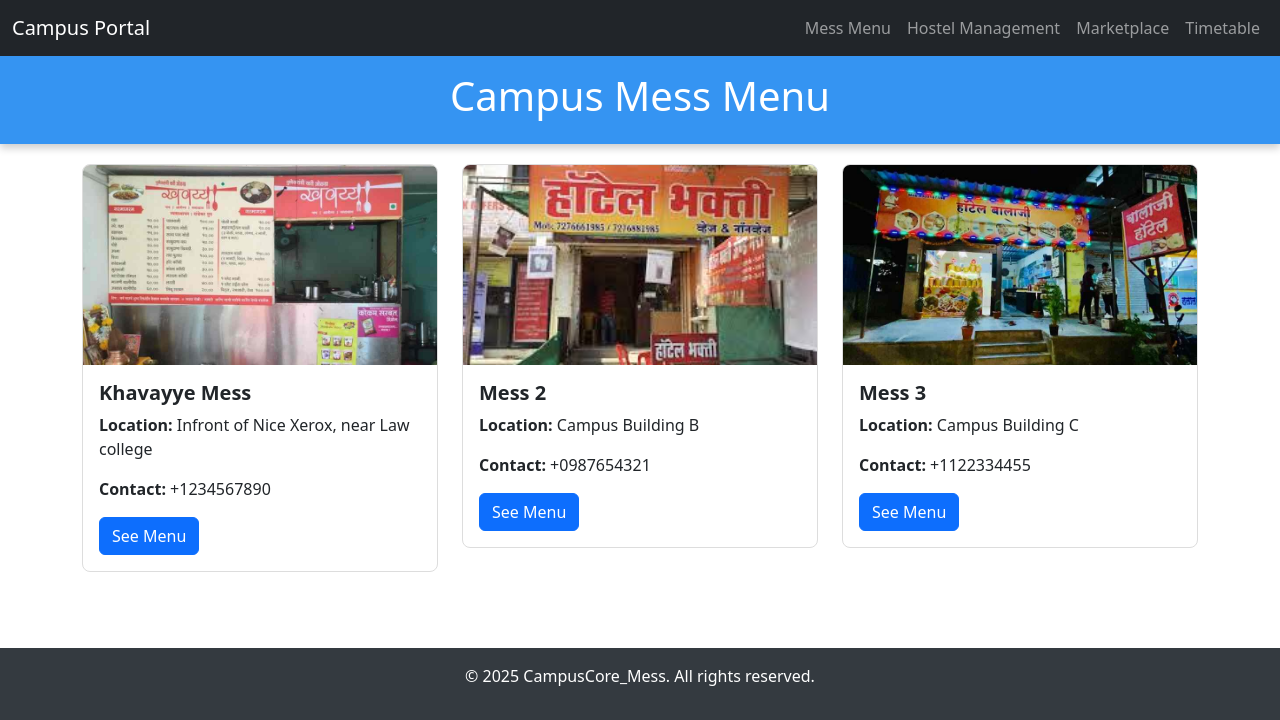
Repository: Pavanrajput123/Campus-Core
Page: http://localhost/Mess_menu
The author's editor kept a copy of each file at every save. The page is drawn from the files as they stood at one save, then again after the next save.
The browser window is 1280 px wide. The pictures show the whole page.
The page is this project's Thymeleaf template; nobody is signed in. The template is opened directly, without the code that normally fills it, so the values that code supplies are empty.

Above is the page before, as saved 2025-04-12 07:15:28.

### student-management/src/main/resources/templates/Mess_menu.html
<!DOCTYPE html>
<html xmlns:th="http://www.thymeleaf.org" lang="en">
<head>
  <meta charset="UTF-8">
  <meta name="viewport" content="width=device-width, initial-scale=1.0">
  <title>Campus Mess Menu</title>
  <link href="https://cdn.jsdelivr.net/npm/bootstrap@5.3.0-alpha1/dist/css/bootstrap.min.css" rel="stylesheet">
  <style>
    html, body {
      height: 100%;
      margin: 0;
      display: flex;
      flex-direction: column;
    }

    main {
      flex: 1;
    }

    .mess-card {
      margin: 20px 0;
      border: 1px solid #ddd;
      border-radius: 8px;
      overflow: hidden;
    }

    .mess-card img {
      width: 100%;
      height: 200px;
      object-fit: cover;
    }

    .card-body h5 {
      font-weight: bold;
    }

    header {
      background-color: #3594f2;
      color: white;
      box-shadow: 0 4px 8px rgba(0, 0, 0, 0.2);
    }

    footer {
      background-color: #343a40;
      color: white;
      text-align: center;
      padding: 1rem;
    }
  </style>
</head>
<body>

  <!-- Navbar -->
  <nav class="navbar navbar-expand-lg navbar-dark bg-dark">
    <div class="container-fluid">
      <a class="navbar-brand" th:href="@{/dashboard}">Campus Portal</a>
      <button class="navbar-toggler" type="button" data-bs-toggle="collapse" data-bs-target="#navbarNav">
        <span class="navbar-toggler-icon"></span>
      </button>
      <div class="collapse navbar-collapse" id="navbarNav">
        <ul class="navbar-nav ms-auto">
          <li class="nav-item"><a class="nav-link" th:href="@{/mess-menu}">Mess Menu</a></li>
          <li class="nav-item"><a class="nav-link" th:href="@{/hostel}">Hostel Management</a></li>
          <li class="nav-item"><a class="nav-link" th:href="@{/marketplace}">Marketplace</a></li>
          <li class="nav-item"><a class="nav-link" th:href="@{/timetable}">Timetable</a></li>
        </ul>
      </div>
    </div>
  </nav>

  <!-- Header -->
  <header class="py-3 text-center">
    <h1>Campus Mess Menu</h1>
  </header>

  <!-- Main Content -->
  <main>
    <div class="container">
      <div class="row">

        <!-- Mess Card 1 -->
        <div class="col-md-4">
          <div class="card mess-card">
            <img th:src="@{/assets/khavayye2.jpg}" alt="Mess 1 Image">
            <div class="card-body">
              <h5 class="card-title">Khavayye Mess</h5>
              <p class="card-text"><strong>Location:</strong> Infront of Nice Xerox, near Law college</p>
              <p class="card-text"><strong>Contact:</strong> +1234567890</p>
              <a th:href="@{/menu1}" class="btn btn-primary">See Menu</a>
            </div>
          </div>
        </div>

        <!-- Mess Card 2 -->
        <div class="col-md-4">
          <div class="card mess-card">
            <img th:src="@{/assets/bhakti.jpeg}" alt="Mess 2 Image">
            <div class="card-body">
              <h5 class="card-title">Mess 2</h5>
              <p class="card-text"><strong>Location:</strong> Campus Building B</p>
              <p class="card-text"><strong>Contact:</strong> +0987654321</p>
              <a th:href="@{/menu2}" class="btn btn-primary">See Menu</a>
            </div>
          </div>
        </div>

        <!-- Mess Card 3 -->
        <div class="col-md-4">
          <div class="card mess-card">
            <img th:src="@{/assets/balajimess.jpg}" alt="Mess 3 Image">
            <div class="card-body">
              <h5 class="card-title">Mess 3</h5>
              <p class="card-text"><strong>Location:</strong> Campus Building C</p>
              <p class="card-text"><strong>Contact:</strong> +1122334455</p>
              <a th:href="@{/menu3}" class="btn btn-primary">See Menu</a>
            </div>
          </div>
        </div>

      </div>
    </div>
  </main>

  <!-- Footer -->
  <footer>
    <p>&copy; 2025 CampusCore_Mess. All rights reserved.</p>
  </footer>

  <script src="https://cdn.jsdelivr.net/npm/bootstrap@5.3.0-alpha1/dist/js/bootstrap.bundle.min.js"></script>
</body>
</html>

After the next save:
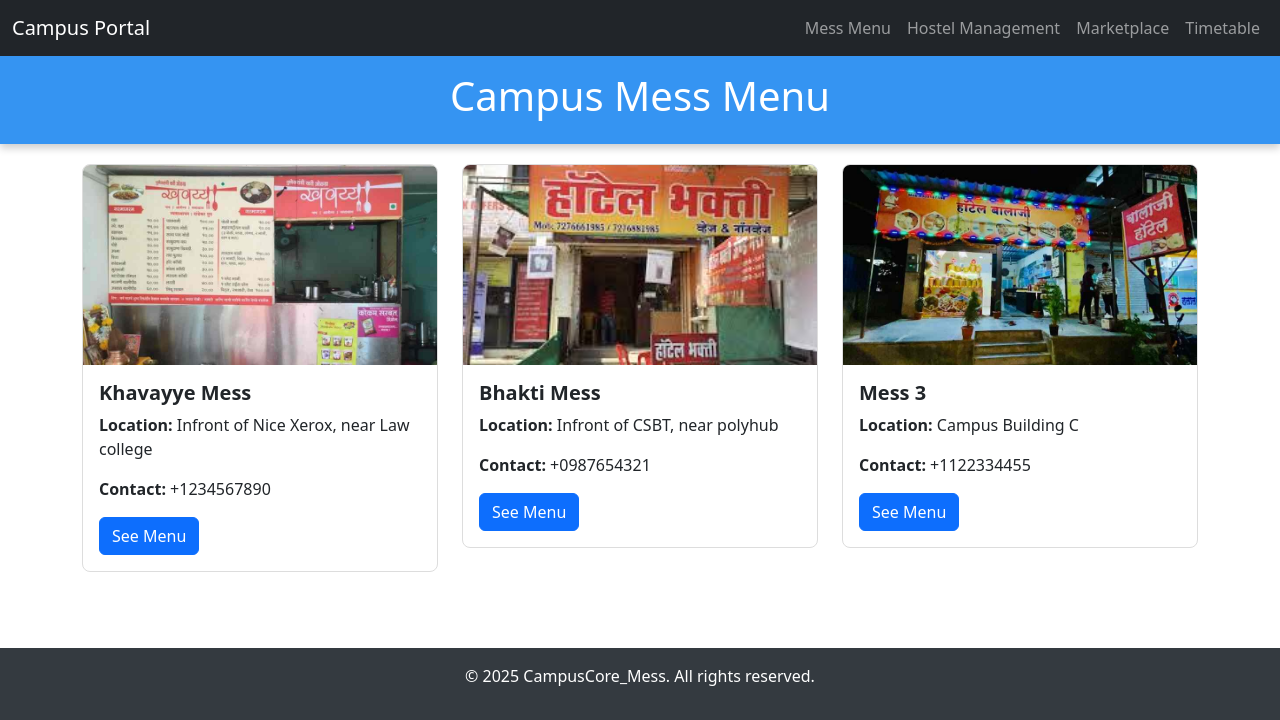
Saved 72 s later.
--- a/student-management/src/main/resources/templates/Mess_menu.html
+++ b/student-management/src/main/resources/templates/Mess_menu.html
@@ -96,8 +96,8 @@
           <div class="card mess-card">
             <img th:src="@{/assets/bhakti.jpeg}" alt="Mess 2 Image">
             <div class="card-body">
-              <h5 class="card-title">Mess 2</h5>
-              <p class="card-text"><strong>Location:</strong> Campus Building B</p>
+              <h5 class="card-title">Bhakti Mess</h5>
+              <p class="card-text"><strong>Location:</strong> Infront of CSBT, near polyhub</p>
               <p class="card-text"><strong>Contact:</strong> +0987654321</p>
               <a th:href="@{/menu2}" class="btn btn-primary">See Menu</a>
             </div>
